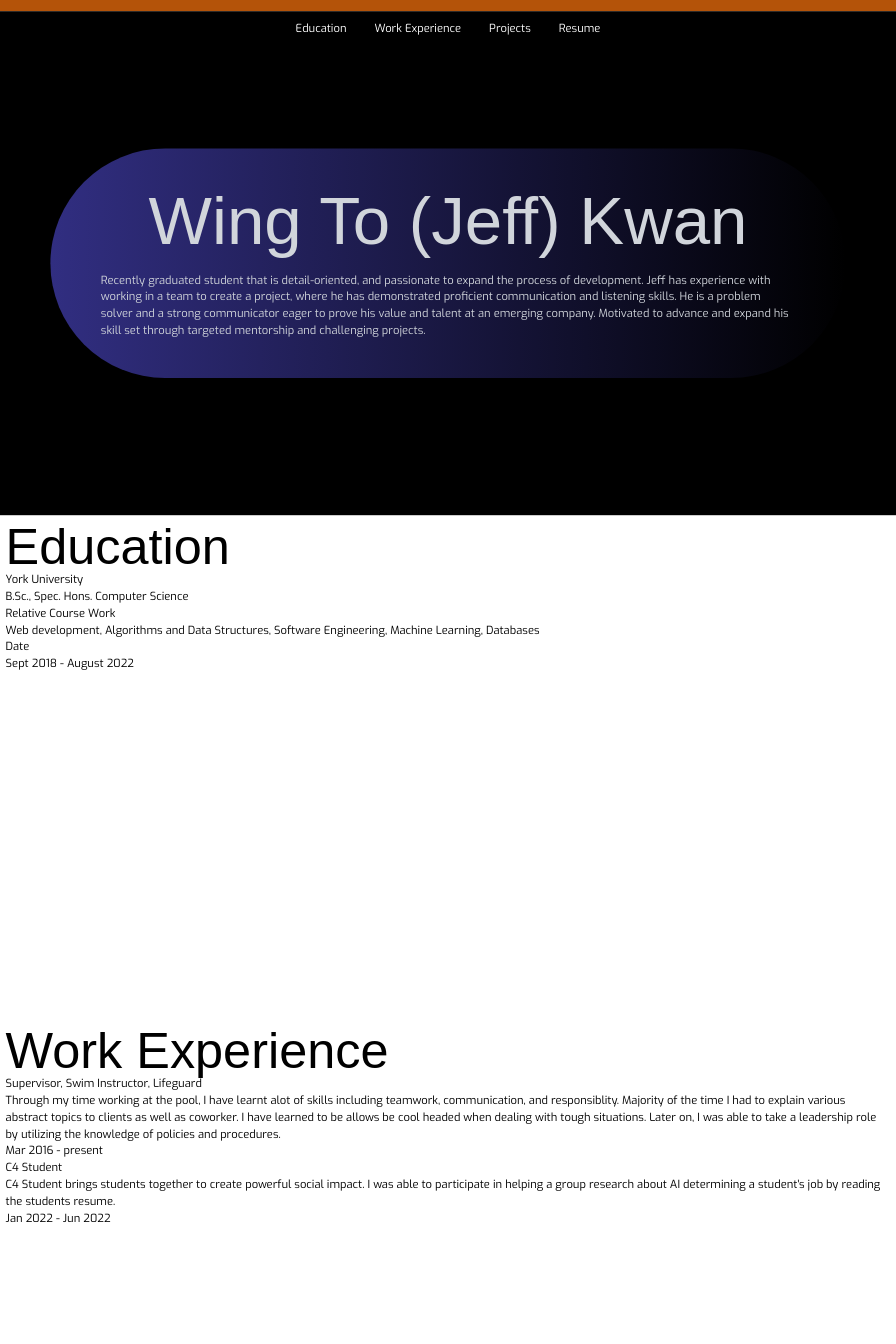
Repository: Jeffkw213/profile_website
Page: /
The author's editor kept a copy of each file at every save. The page is drawn from the files as they stood at one save, then again after a run of saves.
The browser window is 1280 px wide. The pictures show the part of the page from y = 0 to 1920 px (the page is 2976 px tall before and 2992 px after), at 70% of full size.
Some web fonts or font styles are not loaded; a fallback is used. The project was rebuilt for these pictures with package versions that can differ from the ones it lists, and the page was loaded fresh each time. Also part of the build but not shown: vite.config.js.

Above is the page before, as saved 2022-09-26 14:31:51.

After the next 2 saves:
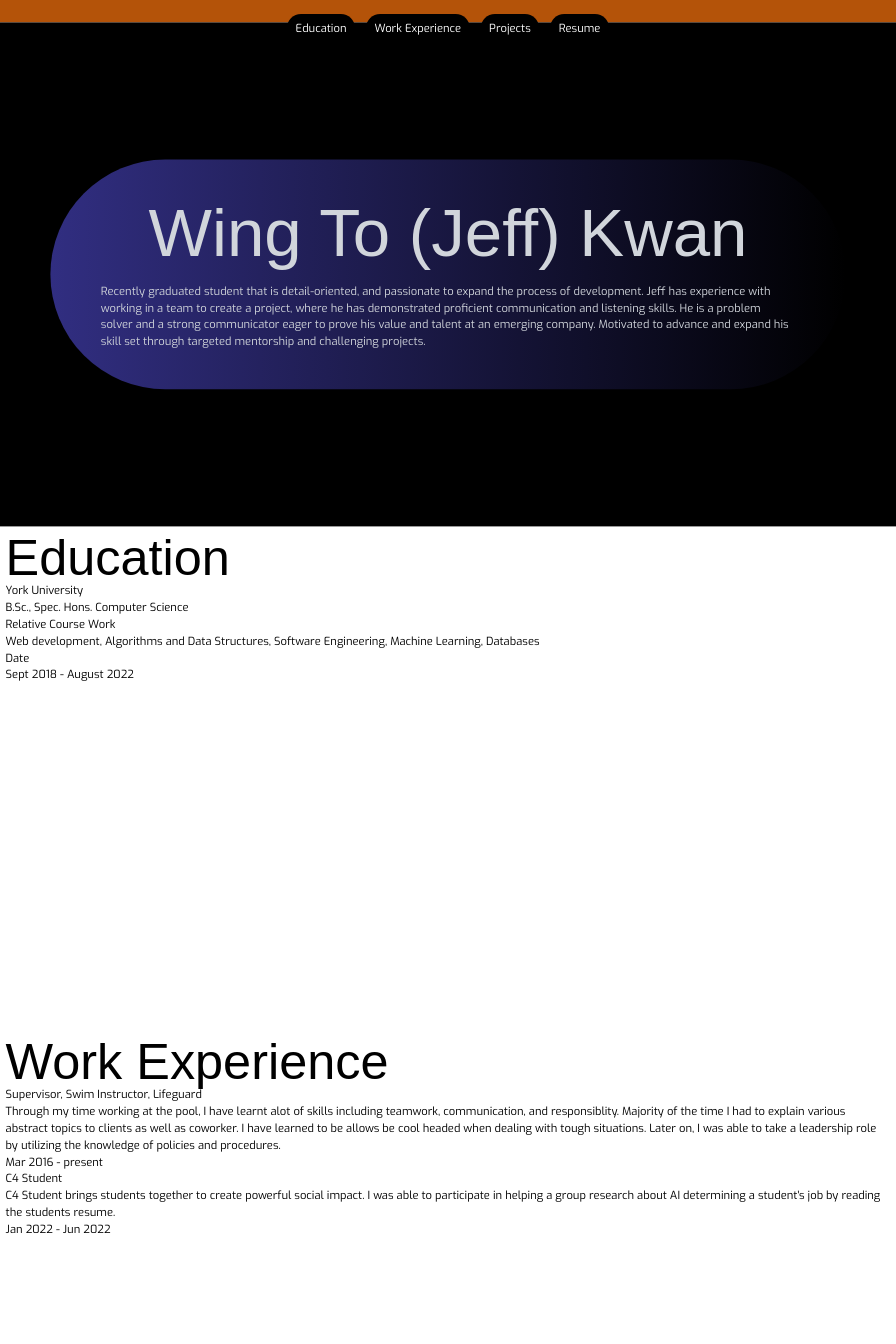
The 2 saves are shown as one change because they came seconds apart.
The last was saved 5 s later.
--- a/src/components/NavigationTop.jsx
+++ b/src/components/NavigationTop.jsx
@@ -1,6 +1,6 @@
 export default function ButtonNavi() {
   return (
-    <header className="bg-amber-700 h-4">
+    <header className="bg-amber-700 h-8">
       <nav className="p-3 text-center">
         <button
           className="m-2 p-2 px-3 bg-black text-white rounded-full
